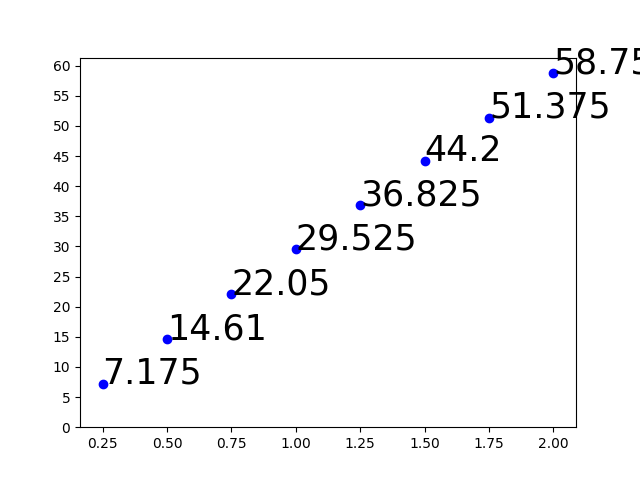
Repository: GreenSheep-Studio/PythonLearning
Script's output: python TableViwer.py
The author's editor kept a copy of each file at every save. The script's output is drawn from the files as they stood at one save, then again after the next save.
Random numbers start from a fixed seed.

Above is the script's output before, as saved 2023-11-01 14:25:23.

After the next save:
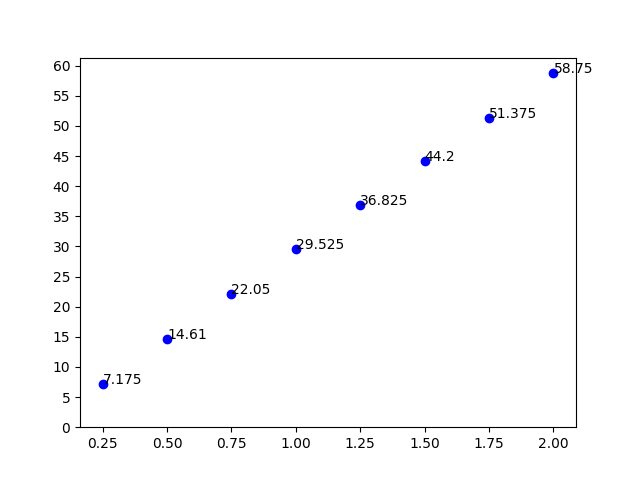
Saved 7 s later.
--- a/TableViwer.py
+++ b/TableViwer.py
@@ -6,5 +6,5 @@ plt.scatter(Im, Uh, s=None, c='b', marker=None, label='Uh')
 y_ticks = np.arange(0, 65, 5)
 plt.yticks(y_ticks)
 for x,y in zip(Im,Uh):
-    plt.text(x,y,y,fontsize=25)
+    plt.text(x,y,y,fontsize=10)
 plt.show()
